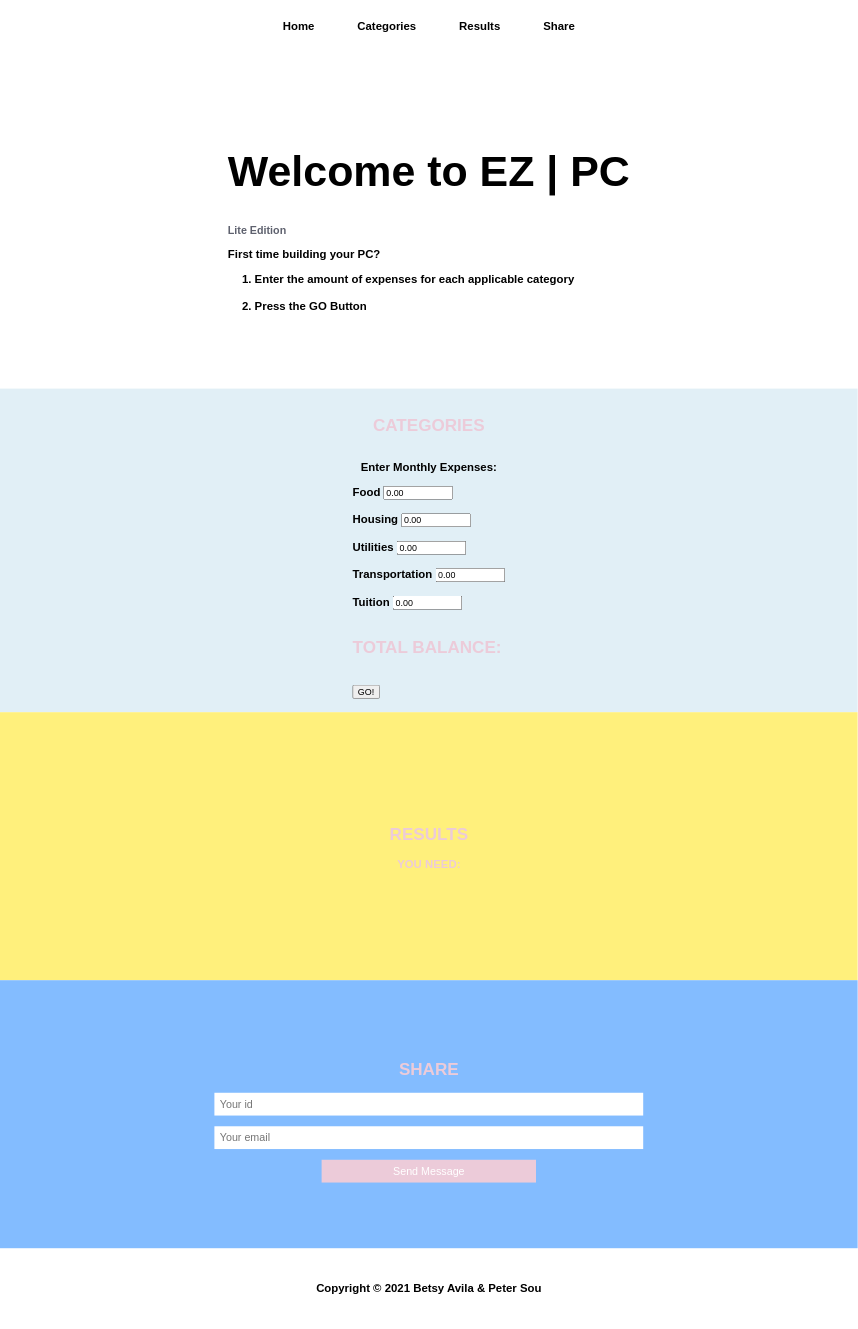
Repository: Peter-Sou/CSE-111-Project-1
Page: http://localhost/
An editor plug-in stored every save of this project. The page is shown before and after a run of saves, followed by the edit.
The browser window is 1280 px wide. The pictures show the whole page, at 67% of full size.
Some web fonts or font styles are not loaded; a fallback is used. The page is served by the project's application, run on Django 3.2 (manage.py). Other server files are loaded and not shown.

Above is the page before, as saved 2021-12-07 18:28:46.

### ezPC/EZPCAPP/templates/EZPCAPP/hi.html
{% load static %}
<!DOCTYPE html>
<html lang="en">
<head>
    <meta charset="UTF-8">
    <title>EZ | PC </title>
    <link rel="preconnect" href="https://fonts.gstatic.com">
    <link href="https://fonts.googleapis.com/css2?family=Josefin+Sans:wght@300&display=swap" rel="stylesheet">
    <!--Resposive meta tag to make this webpage page looking good on mobile browser-->
    <meta id="viewport" content="width=device-width, initial-scale=1.0">

    <link rel="shortcut icon" type="image/png" href="assets/favicon.png" />
    <!--Include styles.css file to this webpage-->
    <link rel="stylesheet" href ="{%static 'css/main.css' %}">
    <!--Include script.js file to this webpage-->
    {% comment %} <script type="module" src="script.js"></script> {% endcomment %}
</head>
<body>
    <nav>
		<a href = "#header">Home</a>
		<a href = '#Categories'>Categories</a>
		<a  href = '#Results'>Results</a>
		<a href = "#Share">Share</a>
    </nav>
    <header id = 'header'>
        <div>
            <h1>Welcome to EZ | PC</h1>
            <h3>Lite Edition</h3>
            <p>First time building your PC? </p>
            <ol>
                <li>Enter the amount of expenses for each applicable category</li>
                <br>
                <li>Press the GO Button</li>
                </ol>
        </div>
        {% comment %} <img src="assets/profile_professional.jpg"> {% endcomment %}
	</header>
    <section id = 'Categories'>
	    <h2>Categories</h2>
		<p><strong>Enter Monthly Expenses:</strong> </p>

		<form>
		    <div>
			    <label for = "food">Food</label>
				<input type="number" id= "Food" min="0.00" step="0.01" max="30000" value="0.00" />
			</div>
			<br>
			<div>
			    <label for = "Housing">Housing</label>
				<input type="number" id="Housing" min="0.00" step="0.01" max="30000" value="0.00" />
			</div>
			<br>
			<div>
			    <label for = "Utilities">Utilities</label>
				<input type="number" id= "Utilities" min="0.00" step="0.01" max="30000" value="0.00" />
			</div>
			<br>
			<div>
			    <label for = "Transportation">Transportation</label>
				<input type="number" id= "Transportation" min="0.00" step="0.01" max="30000" value="0.00" />
			</div>
			<br>
			<div>
			    <label for = "Tuition">Tuition</label>
				<input type="number" id = "Tuition" min="0.00" step="0.01" max="30000" value="0.00" />
			</div>
			<br>
			<div>
			    <h2>Total Balance: </h2>
				<h2 id = "total"></h2>
            </div>
			<br>
            <button onclick = "CalcSum()">GO!</button>
		</form>

		</section>
		<section id = 'Results'>
			<div>
				<h2>Results</h2>
				<p id = "total">You need: </p>
			</div>
		</section>
		<section id = 'Share'>
			<h2>Share</h2>
			<form action = '/survey/checkout' method = 'post' enctype= "multipart/form-data">
				<input type="id" placeholder='Your id' required>
				<input type="email" placeholder='Your email' required>
				<button>Send Message</button>
				<input type='hidden' id='redirecturl' value='thankyou.html'>
				<input type='hidden' id='survey' value='Share'>
			</form>
		</section>

		<main></main>
		<footer id = "foot">
			<div>Copyright © 2021 Betsy Avila & Peter Sou</div>
		</footer>
	</body>

</html>

### ezPC/EZPCAPP/views.py
from django.shortcuts import render
from django.http import HttpResponse
def hi(request):
    return render(request,'EZPCAPP/hi.html')

### ezPC/ezPC/urls.py
"""ezPC URL Configuration

The `urlpatterns` list routes URLs to views. For more information please see:
    https://docs.djangoproject.com/en/3.2/topics/http/urls/
Examples:
Function views
    1. Add an import:  from my_app import views
    2. Add a URL to urlpatterns:  path('', views.home, name='home')
Class-based views
    1. Add an import:  from other_app.views import Home
    2. Add a URL to urlpatterns:  path('', Home.as_view(), name='home')
Including another URLconf
    1. Import the include() function: from django.urls import include, path
    2. Add a URL to urlpatterns:  path('blog/', include('blog.urls'))
"""
from django.contrib import admin
from django.urls import path, include


urlpatterns = [
    path('admin/', admin.site.urls),
    path('', include('EZPCAPP.urls'))
]

### ezPC/EZPCAPP/urls.py

from django.urls import path
from . import views

urlpatterns = [
    path('', views.hi, name="home-page"),
]

### ezPC/EZPCAPP/static/css/main.css
*{
	box-sizing: border-box;
}
html{
	scroll-behavior: smooth;
}

body {
	display:flex;
	flex-direction: column;
	align-items:center;
	justify-content:space-between;

	margin:0;
	padding:0;
	min-height:100vh;

	font-family: 'Josefin Sans', sans-serif;/*link href in the head tag*/
	font-size: 17px;
	font-weight:bold;
}

body > * {
	display: flex;
	align-items: center;
	justify-content:center;

}
nav{
	color: black;
	background-color: white;
	height:80px;
	width: 100%;

	max-width:500px;
	justify-content: space-around;
	flex-wrap: wrap;

	position: sticky;
	top:0;
}
/*select all a elements/tags in nav*/
nav a{
	text-decoration: none;
	color: black;
	margin: 0 12px;

}
nav > a{
	margin: 0 10px;
	color: black;
}

a: hover{
	color:#80ffe8;
}

header {
	color:black;
	background-color: white;
	height:500px;
	width:100%;
}
header h1 {
	font-size: 64px;
	text-align: center;
}

header h2 {
	font-size: 40px;
	margin: 0;
	color: #eccbd9;
	/* Make all of the characters to uppercase*/
	text-transform: uppercase;
}

header h3 {
	font-size: 16px;
	margin: 0;
	color: #5E616E;
	text-align:left;
}

header img {
	max-width: 100%;
	height: auto;
	background-color: #fff;
	border-radius: 100%;
	margin-left: 40px;
}

#Categories{
	color:black;
	background-color:#E1EFF6;
	min-height:400px;
	width:100%;
	padding: 20px 0;
	flex-direction: column;

}

#Categories h2{
	color: #eccbd9;
	text-transform:uppercase;
}

#Results{

	color:black;
	background-color:#fff07c;
	min-height:400px;
	width:100%;
	padding: 20px 0;


	display: flex;
	align-items: center;
	justify-content: center;

}
#Results{
	color: #eccbd9;
	text-transform:uppercase;
}

#Results > div{
	max-width:auto;
	width:100%;
	/* padding: top right bottom left */
	padding: 16px 40px 16px 40px;

	/*a in rgba is the alpha channel that specifies the opacity for a color
	background-color: rgba(0, 0, 0, 0.4);*/
	margin:20px 0;
	/* Define the text color in this div box*/
	text-align: center;

}

#Share{
	color:black;
	background-color:#83bcff;
	min-height:400px;
	padding: 20px 0;
	width:100%;
	flex-direction: column; /*keeps the text in the  middle of the colored square*/
}

#Share h2{
	color: #eccbd9;
	text-transform: uppercase;
}

#Share form{
	max-width:640px;
	width:100%;
	display:flex;
	flex-direction: column;
	align-items:center;
}

#Share form >*{
	font-family: 'Josefin Sans', sans-serif;
}

#Share input{
	width:100%;
	font-size: 16px;
	padding: 8px;
	border: none;
	margin-bottom: 16px;

}

#Share textarea{
	width:100%;
	font-size: 16px;
	padding: 8px;
	border: none;
	margin-bottom: 16px;
	height: 120px;
	resize: none;
}

#Share button{
	width: 50%;
	background-color: #eccbd9;
	color:white;
	padding: 8px 16px;
	font-size: 16px;
	border:none;
	cursor:pointer;

}

footer {
	height: 120px;
	display: flex;
	flex-direction: column;
	align-items: center;
	justify-content: center;

}

footer .links{
	display:flex;
	align-items:center;
	justify-content: space-evenly;
	width:120px;
	margin-bottom:8px;

}

footer .links img{
	max-width:100%;
	height:auto;
}

After the next 3 saves:
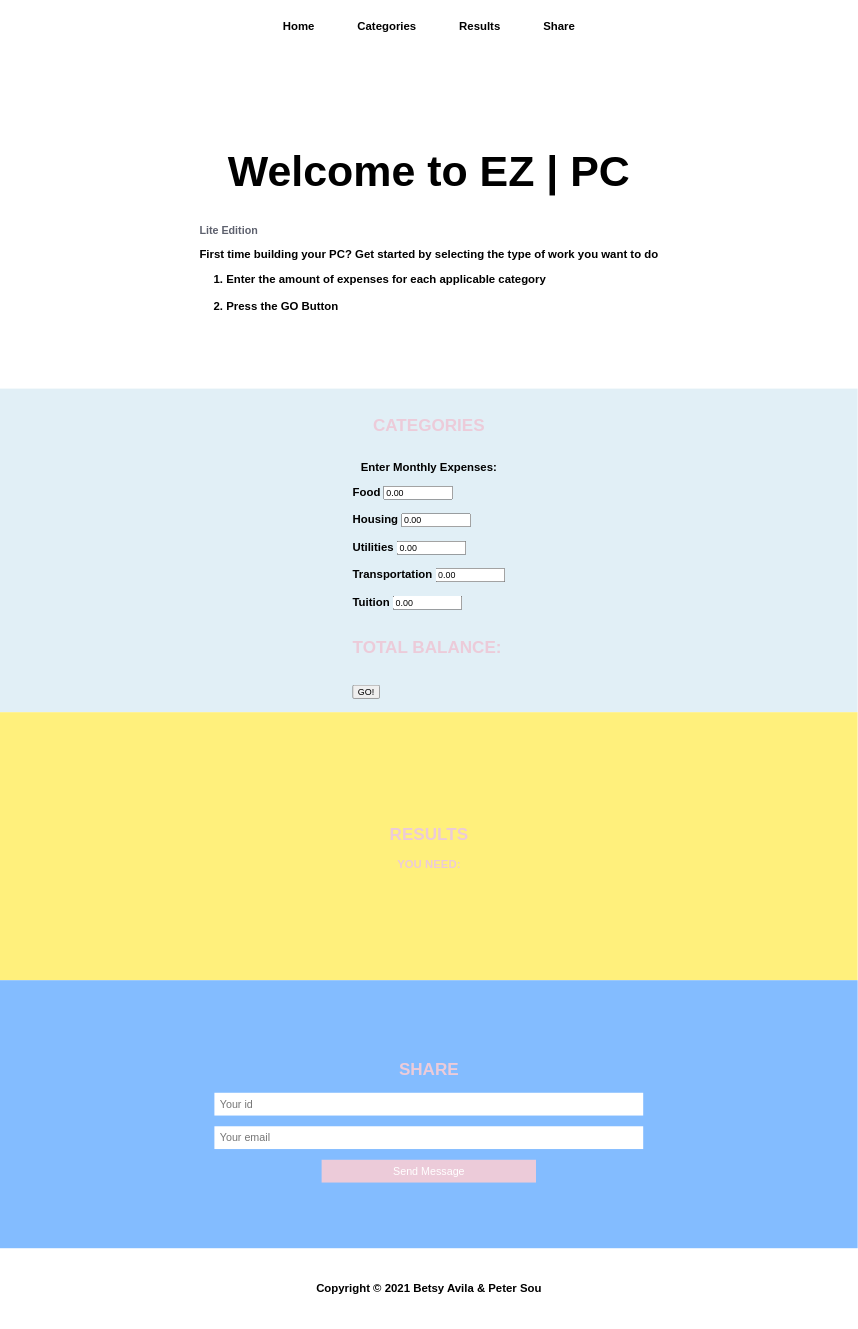
The 3 saves are shown as one change because they came seconds apart.
The last was saved 21 s later.
--- a/ezPC/EZPCAPP/templates/EZPCAPP/hi.html
+++ b/ezPC/EZPCAPP/templates/EZPCAPP/hi.html
@@ -26,7 +26,7 @@
         <div>
             <h1>Welcome to EZ | PC</h1>
             <h3>Lite Edition</h3>
-            <p>First time building your PC? </p>
+            <p>First time building your PC? Get started by selecting the type of work you want to do </p>
             <ol>
                 <li>Enter the amount of expenses for each applicable category</li>
                 <br>
